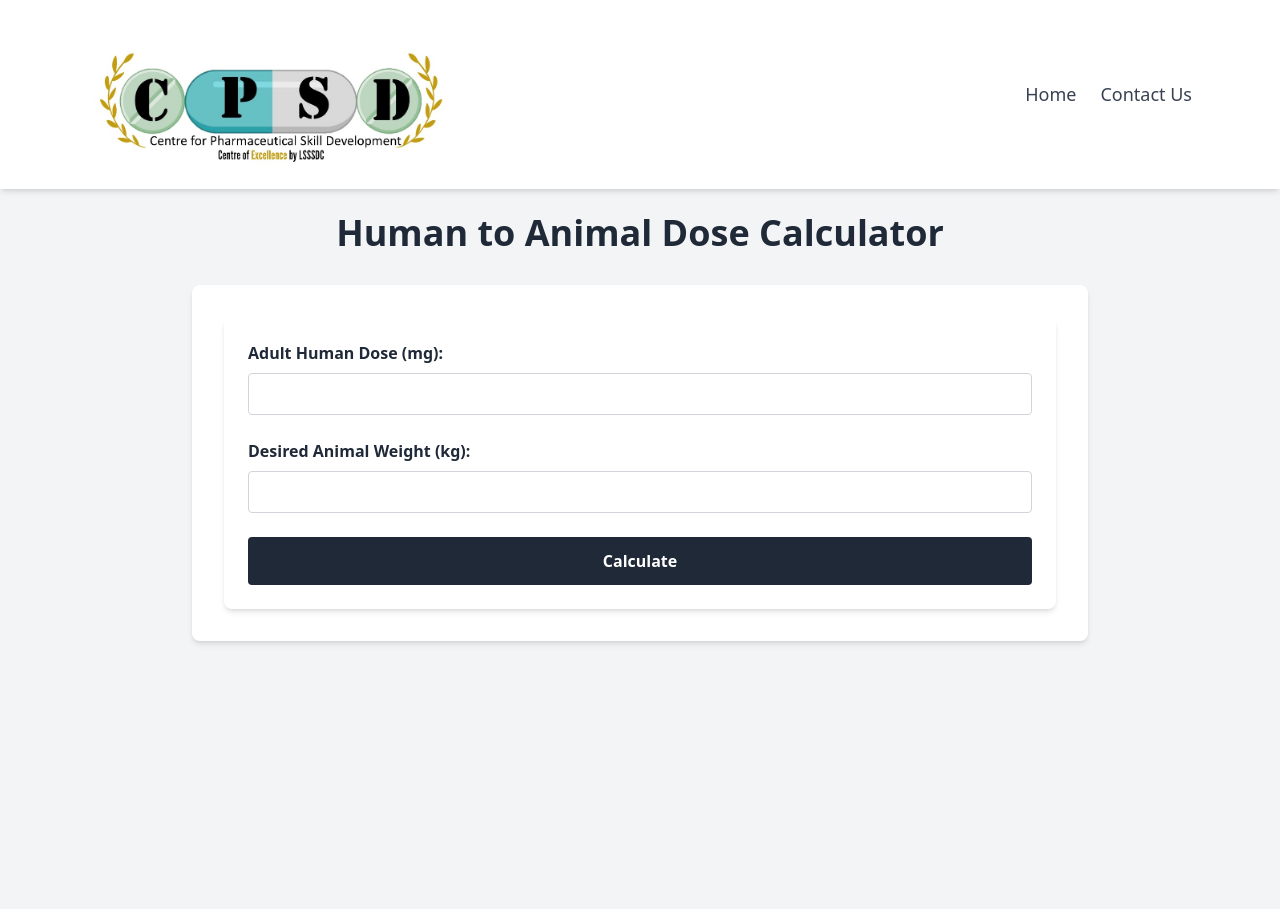
Repository: vigneshcj001/Human-to-Animal-Dose-Calculator
Page: /
The author's editor kept a copy of each file at every save. The page is drawn from the files as they stood at one save, then again after the next save.
The browser window is 1280 px wide. The pictures show the whole page.
The project was rebuilt for these pictures with package versions that can differ from the ones it lists, and the page was loaded fresh each time. Also part of the build but not shown: src/Components/ResultsTable.jsx, src/Utils/const.js, src/Hooks/useContactForm.js, src/Components/ContactUs.js, src/Components/Error.js, src/Components/ErrorWrapper.js.

Above is the page before, as saved 2025-01-29 19:12:05.

### index.html
<!DOCTYPE html>
<html lang="en">
<head>
    <meta charset="UTF-8">
    <meta name="viewport" content="width=device-width, initial-scale=1.0">
    <link rel="stylesheet" href="./index.css"/>
    <title>H2A</title>
</head>
<body>
    <div id="root">
        <h1>Not Rendered</h1>
    </div>
    <script type="module" src="./App.js"></script>
</body>
</html>

### App.js
import React from "react";
import ReactDOM from "react-dom/client";
import Header from "./src/Components/Header";
import Body from "./src/Components/Body";
import ContactUs from "./src/Components/ContactUs";
import ErrorWrapper from "./src/Components/ErrorWrapper";
import "./index.css";
import { createBrowserRouter, Outlet, RouterProvider } from "react-router-dom";
const App = () => {
  return (
    <div>
      <Header />
      <Outlet />
    </div>
  );
};
const appRouter = createBrowserRouter([
  {
    path: "/",
    element: <App />,
    errorElement: <ErrorWrapper />,
    children: [
      {
        path: "/",
        element: <Body />,
      },
      {
        path: "/contactus",
        element: <ContactUs />,
      },
    ],
  },
]);
const root = ReactDOM.createRoot(document.getElementById("root"));
root.render(<RouterProvider router={appRouter} />);

### src/Components/Header.js
import { Link } from "react-router-dom";
import H2ALOGO from "../../images/logo.jpg";

const Header = () => {
  const navItems = [
    { to: "/", label: "Home" },
    { to: "/contactus", label: "Contact Us" },
  ];

  return (
    <header className="sticky top-0 z-50 bg-white shadow-md">
      <div className="max-w-6xl mx-auto px-6 py-4 flex justify-between items-center">
        {/* Logo */}
        <Link to="/" className="text-blue-600 font-bold text-2xl w-4/12">
          <img src={H2ALOGO} className="w-96" />{" "}
          {/* Reduce logo size by adding a width class */}
        </Link>
        {/* Navigation */}
        <nav>
          <ul className="flex space-x-6">
            {navItems.map((item) => (
              <li key={item.to}>
                <Link
                  to={item.to}
                  className="text-gray-700 font-medium text-lg transition-colors duration-300 hover:text-blue-600 focus:text-blue-600"
                >
                  {item.label}
                </Link>
              </li>
            ))}
          </ul>
        </nav>
      </div>
    </header>
  );
};

export default Header;

### src/Components/Body.js
import React, { useState, useCallback } from "react";
import InputForm from "../Components/InputForm"
import ResultsTable from "../Components/ResultsTable";

const Body = () => {
  const [results, setResults] = useState([]);

  const handleCalculate = useCallback((animalResults) => {
    setResults(animalResults);
  }, []);

  return (
    <div className="min-h-screen bg-gray-100 p-6">
      <h1 className="text-4xl font-bold text-center text-gray-800 mb-8">
        Human to Animal Dose Calculator
      </h1>
      <div className="max-w-4xl mx-auto bg-white shadow-md rounded-lg p-8">
        <InputForm onCalculate={handleCalculate} />
        {results.length > 0 && <ResultsTable results={results} />}
      </div>
    </div>
  );
};

export default Body;

### src/Components/InputForm.jsx
import React, { useState, useMemo } from "react";

const InputForm = ({ onCalculate }) => {
  const [humanDose, setHumanDose] = useState("");
  const [animalWeight, setAnimalWeight] = useState("");

  const animalsData = useMemo(
    () => [
      { name: "Mouse", weight: 0.02, kmFactor: 3 },
      { name: "Rat", weight: 0.15, kmFactor: 6 },
      { name: "Guinea Pig", weight: 0.4, kmFactor: 8 },
      { name: "Rabbit", weight: 1.8, kmFactor: 12 },
      { name: "Monkey", weight: 3, kmFactor: 12 },
      { name: "Dog", weight: 10, kmFactor: 20 },
    ],
    []
  );

  const handleSubmit = (e) => {
    e.preventDefault();

    if (!humanDose || !animalWeight) {
      alert("Please enter both the human dose and animal weight.");
      return;
    }

    const humanDosePerKg = humanDose / 60;

    const results = animalsData.map((animal) => {
      const dosePerKg = humanDosePerKg * animal.kmFactor;
      const totalDose = dosePerKg * animalWeight;

      return {
        animal: animal.name,
        dosePerKg: dosePerKg.toFixed(2),
        totalDose: totalDose.toFixed(2),
      };
    });

    onCalculate(results);
  };

  return (
    <form
      className="bg-white shadow-md rounded-lg p-6 space-y-6"
      onSubmit={handleSubmit}
    >
      <div>
        <label className="block text-gray-800 font-semibold mb-2">
          Adult Human Dose (mg):
        </label>
        <input
          type="number"
          className="w-full px-4 py-2 border border-gray-300 rounded focus:ring focus:ring-gray-500"
          value={humanDose}
          onChange={(e) => setHumanDose(e.target.value)}
          required
        />
      </div>
      <div>
        <label className="block text-gray-800 font-semibold mb-2">
          Desired Animal Weight (kg):
        </label>
        <input
          type="number"
          step="0.01"
          className="w-full px-4 py-2 border border-gray-300 rounded focus:ring focus:ring-gray-500"
          value={animalWeight}
          onChange={(e) => setAnimalWeight(e.target.value)}
          required
        />
      </div>
      <button
        type="submit"
        className="w-full bg-gray-800 hover:bg-gray-900 text-white font-bold py-3 rounded transition duration-300"
      >
        Calculate
      </button>
    </form>
  );
};

export default InputForm;

### tailwind.config.js
module.exports = {
  content: [
    "./src/**/*.{js,jsx,ts,tsx}", // Adjust according to your file structure
    "./public/index.html",
  ],
  theme: {
    extend: {},
  },
  plugins: [],
};

Loaded but not shown: index.css (common file)

After the next save:
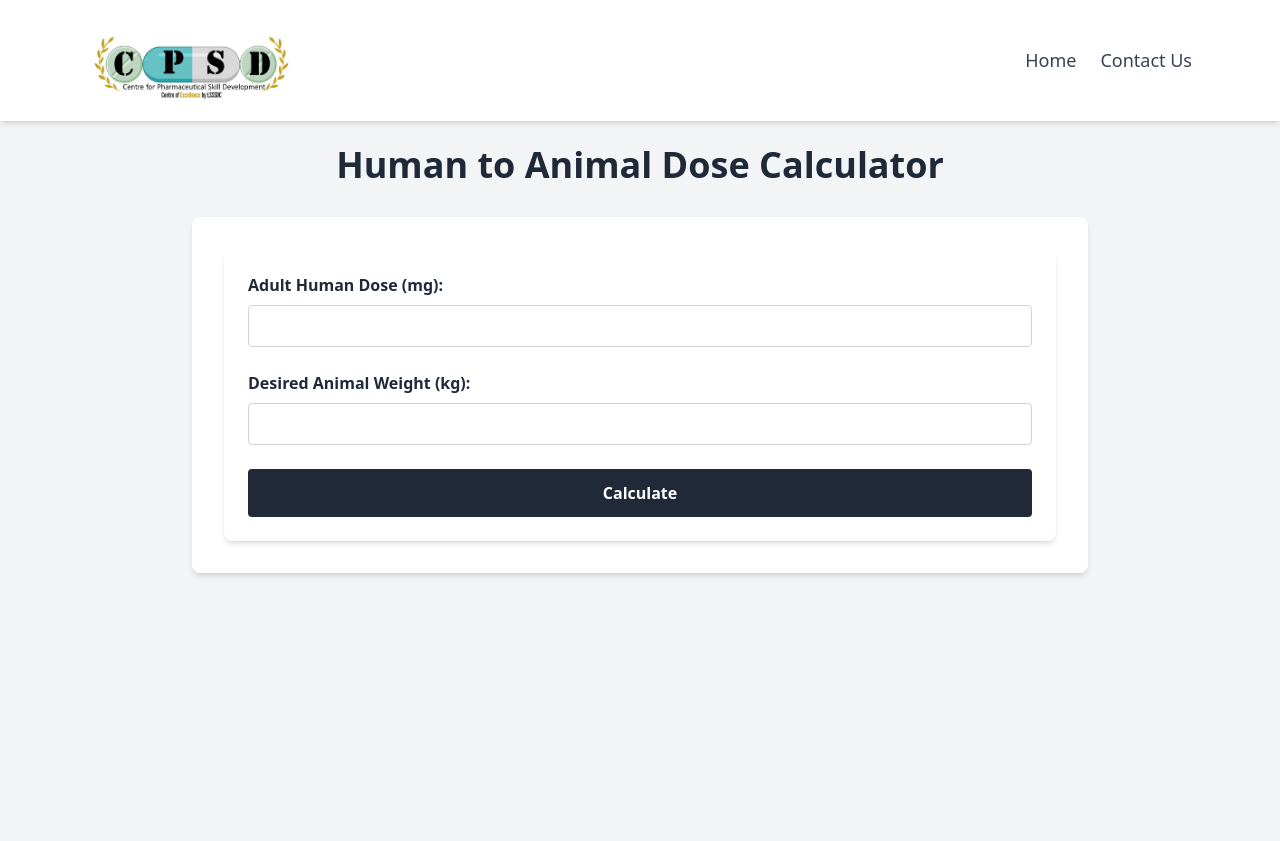
Saved 12 s later.
--- a/src/Components/Header.js
+++ b/src/Components/Header.js
@@ -12,7 +12,7 @@
       <div className="max-w-6xl mx-auto px-6 py-4 flex justify-between items-center">
         {/* Logo */}
         <Link to="/" className="text-blue-600 font-bold text-2xl w-4/12">
-          <img src={H2ALOGO} className="w-96" />{" "}
+          <img src={H2ALOGO} className="w-52" />{" "}
           {/* Reduce logo size by adding a width class */}
         </Link>
         {/* Navigation */}
